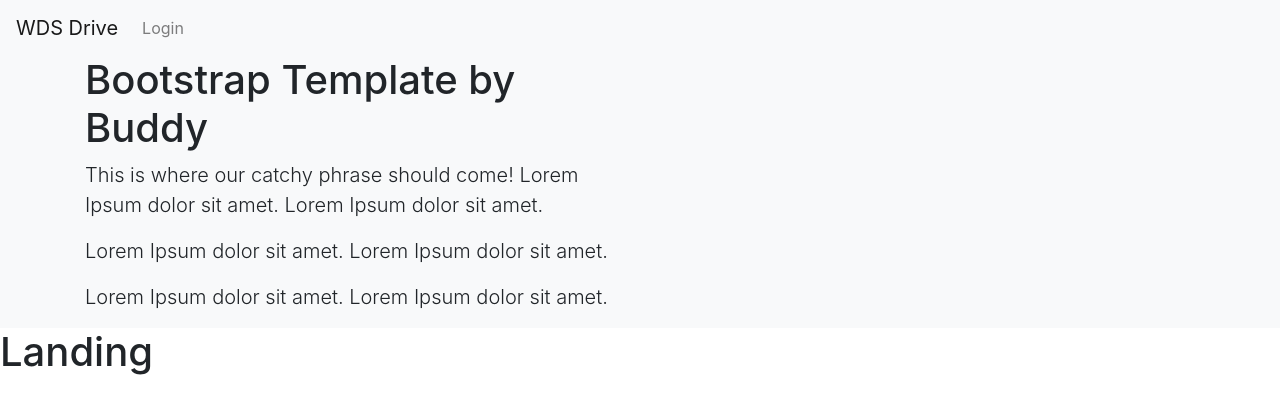
Repository: mel-berk/file-sharing
Page: /landing
An editor plug-in stored every save of this project. The page is shown before and after the next save, followed by the edit.
The browser window is 1280 px wide. The pictures show the whole page.
The project was rebuilt for these pictures with package versions that can differ from the ones it lists, and the page was loaded fresh each time. Also part of the build but not shown: src/components/authentication/CenteredContainer.js, src/components/authentication/Signup.js, src/components/authentication/Profile.js, src/components/authentication/Login.js, src/components/authentication/PrivateRoute.js, src/components/authentication/ForgotPassword.js, src/components/authentication/UpdateProfile.js, src/hooks/useFolder.js and 7 more.

Above is the page before, as saved 2021-06-14 09:26:15.

### src/components/App.js
import React from "react"
import Signup from "./authentication/Signup"
import { AuthProvider } from "../contexts/AuthContext"
import { BrowserRouter as Router, Switch, Route } from "react-router-dom"
import Landing from "./authentication/Landing"
import Profile from "./authentication/Profile"
import Login from "./authentication/Login"
import Navbar2 from "./authentication/navbar2"
import PrivateRoute from "./authentication/PrivateRoute"
import ForgotPassword from "./authentication/ForgotPassword"
import UpdateProfile from "./authentication/UpdateProfile"
import Dashboard from "./google-drive/Dashboard"

function App() {
  return (
    <Router>
      <AuthProvider>
        <Switch>
          {/* Drive */}
          <PrivateRoute exact path="/" component={Dashboard} />
          <PrivateRoute exact path="/folder/:folderId" component={Dashboard} />

          {/* Profile */}
          <PrivateRoute path="/user" component={Profile} />
          <PrivateRoute path="/update-profile" component={UpdateProfile} />
          <div>
            <Navbar2/>
            <Route path="/landing" component={Landing} />
            <Route path="/signup" component={Signup} />
            <Route path="/login" component={Login} />
            <Route path="/forgot-password" component={ForgotPassword} />
          </div>
        </Switch>
      </AuthProvider>
    </Router>
  )
}

export default App

### src/contexts/AuthContext.js
import React, { useContext, useState, useEffect } from "react"
import { auth } from "../firebase"

const AuthContext = React.createContext()

export function useAuth() {
  return useContext(AuthContext)
}

export function AuthProvider({ children }) {
  const [currentUser, setCurrentUser] = useState()
  const [loading, setLoading] = useState(true)

  function signup(email, password) {
    return auth.createUserWithEmailAndPassword(email, password)
  }

  function login(email, password) {
    return auth.signInWithEmailAndPassword(email, password)
  }

  function logout() {
    return auth.signOut()
  }

  function resetPassword(email) {
    return auth.sendPasswordResetEmail(email)
  }

  function updateEmail(email) {
    return currentUser.updateEmail(email)
  }

  function updatePassword(password) {
    return currentUser.updatePassword(password)
  }

  useEffect(() => {
    const unsubscribe = auth.onAuthStateChanged(user => {
      setCurrentUser(user)
      setLoading(false)
    })

    return unsubscribe
  }, [])

  const value = {
    currentUser,
    login,
    signup,
    logout,
    resetPassword,
    updateEmail,
    updatePassword
  }

  return (
    <AuthContext.Provider value={value}>
      {!loading && children}
    </AuthContext.Provider>
  )
}

### src/components/authentication/navbar2.js
import React from "react"
import { Navbar, Nav } from "react-bootstrap"
import { Link } from "react-router-dom"

export default function Navbar2() {
  return (
    <div>
        <Navbar bg="light" expand="sm">
        <Navbar.Brand as={Link} to="/">
            WDS Drive
        </Navbar.Brand>
        <Nav>
            <Nav.Link as={Link} to="/login" class="ml-auto">
            Login
            </Nav.Link>
        </Nav>
        </Navbar>
        <section class="bg-light">
            <div class="container">
                <div class="row">
                    <div class="col-lg-6 order-2 order-lg-1">
                        <h1>Bootstrap Template by Buddy</h1>
                        <p class="lead">This is where our catchy phrase should come! Lorem Ipsum dolor sit amet. Lorem Ipsum dolor sit amet. </p>
                        <p class="lead">Lorem Ipsum dolor sit amet. Lorem Ipsum dolor sit amet. </p>
                        <p class="lead">Lorem Ipsum dolor sit amet. Lorem Ipsum dolor sit amet. </p>
                    </div>
                    </div>
            </div>
        </section>
 </div>
  )
}

### src/firebase.js
import firebase from "firebase/app"
import "firebase/auth"
import "firebase/firestore"
import "firebase/storage"

const app = firebase.initializeApp({
  apiKey: "AIzaSyBUHUZD3mwVhmMFX1jo1ieusGHcgzLM30c",
  authDomain: "file-sharing-web.firebaseapp.com",
  projectId: "file-sharing-web",
  storageBucket: "file-sharing-web.appspot.com",
  messagingSenderId: "272399786326",
  appId: "1:272399786326:web:daf42de63eaa842b7036f7"
})

const firestore = app.firestore()
export const database = {
  folders: firestore.collection("folders"),
  files: firestore.collection("files"),
  formatDoc: doc => {
    return { id: doc.id, ...doc.data() }
  },
  getCurrentTimestamp: firebase.firestore.FieldValue.serverTimestamp,
}
export const storage = app.storage()
export const auth = app.auth()
export default app

Loaded but not shown: public/index.html (common file); src/index.js (common file); src/components/authentication/Landing.js (common file)

After the next save:
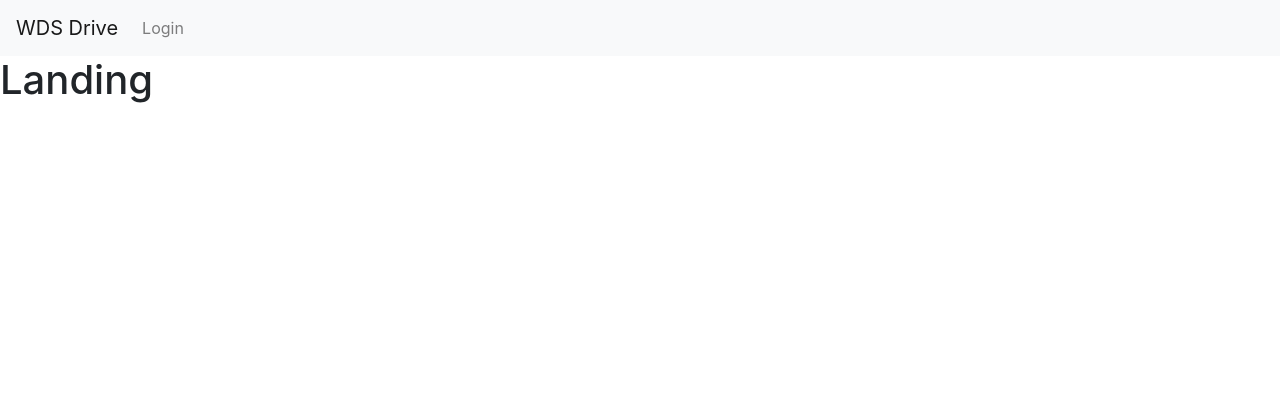
Saved 87 s later.
--- a/src/components/authentication/navbar2.js
+++ b/src/components/authentication/navbar2.js
@@ -4,29 +4,15 @@ import { Link } from "react-router-dom"
 
 export default function Navbar2() {
   return (
-    <div>
-        <Navbar bg="light" expand="sm">
-        <Navbar.Brand as={Link} to="/">
-            WDS Drive
-        </Navbar.Brand>
-        <Nav>
-            <Nav.Link as={Link} to="/login" class="ml-auto">
-            Login
-            </Nav.Link>
-        </Nav>
-        </Navbar>
-        <section class="bg-light">
-            <div class="container">
-                <div class="row">
-                    <div class="col-lg-6 order-2 order-lg-1">
-                        <h1>Bootstrap Template by Buddy</h1>
-                        <p class="lead">This is where our catchy phrase should come! Lorem Ipsum dolor sit amet. Lorem Ipsum dolor sit amet. </p>
-                        <p class="lead">Lorem Ipsum dolor sit amet. Lorem Ipsum dolor sit amet. </p>
-                        <p class="lead">Lorem Ipsum dolor sit amet. Lorem Ipsum dolor sit amet. </p>
-                    </div>
-                    </div>
-            </div>
-        </section>
- </div>
+    <Navbar bg="light" expand="sm">
+      <Navbar.Brand as={Link} to="/">
+        WDS Drive
+      </Navbar.Brand>
+      <Nav>
+        <Nav.Link as={Link} to="/login" class="ml-auto">
+          Login
+        </Nav.Link>
+      </Nav>
+    </Navbar>
   )
 }
